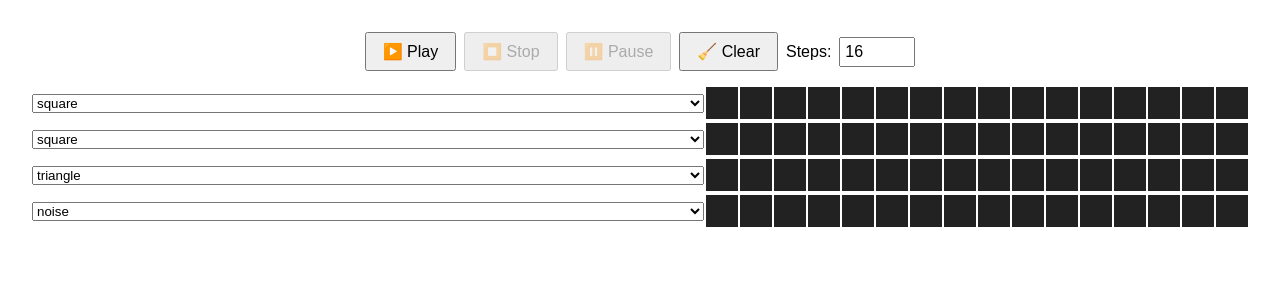
Repository: Aldentec/8-bit-Composer
Page: index.html
The author's editor kept a copy of each file at every save. The page is drawn from the files as they stood at one save, then again after the next save.
The browser window is 1280 px wide. The pictures show the whole page.
Some web libraries are served in a nearby version.

Above is the page before, as saved 2025-05-28 09:00:52.

After the next save:
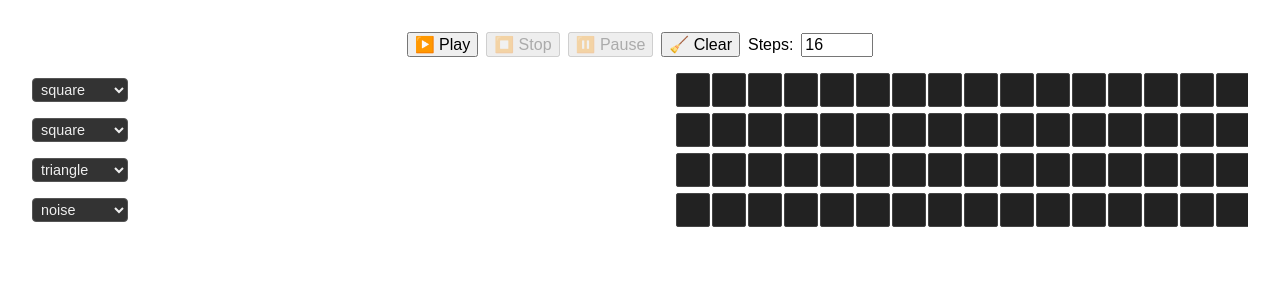
Saved 23 s later.
--- a/style.css
+++ b/style.css
@@ -4,56 +4,64 @@ body {
   text-align: center;
 }
 
+/* container holds rows vertically and scrolls horizontally */
 #grid {
   display: flex;
   flex-direction: column;
-  gap: 4px;
+  gap: 6px;
   margin-top: 1rem;
-
-  /* enable horizontal scrolling when rows get wider than the viewport */
   overflow-x: auto;
   padding-bottom: 0.5rem;
 }
 
-
-/* 2) Each row is itself a grid: [label][cell×16] */
+/* each row: dropdown + cells */
 .grid-row {
   display: grid;
-  grid-template-columns: 4.5rem repeat(16, 2rem);
-  gap: 2px;
   align-items: center;
+  gap: 4px;
+  /* grid-template-columns is set dynamically inline */
 }
 
-/* 3) Label column styling */
-.row-label {
-  text-align: right;
+/* style the dropdown */
+.instrument-select {
+  width: 6rem;
+  padding: 2px 4px;
   font-size: 0.9rem;
-  user-select: none;
+  border: 1px solid #555;
+  border-radius: 4px;
+  background: #333;
+  color: #eee;
 }
 
-/* 4) Your cell styles */
+/* sequencer cells */
 .cell {
   width: 2rem;
   height: 2rem;
   background: #222;
+  border: 1px solid #444;
+  border-radius: 2px;
   cursor: pointer;
+  transition: background 0.2s;
 }
 .cell.active {
   background: #4caf50;
 }
 
+/* on hover, highlight potential toggle */
+.cell:hover {
+  background: #555;
+}
+
+/* controls row */
 #controls {
   display: flex;
   gap: 0.5rem;
+  align-items: center;
   justify-content: center;
-  align-items: center;
   margin-bottom: 1rem;
 }
-#controls button {
-  padding: 0.5rem 1rem;
+#controls button,
+#controls input,
+#controls select {
   font-size: 1rem;
 }
-#controls input[type="number"] {
-  padding: 0.25rem;
-  font-size: 1rem;
-}
